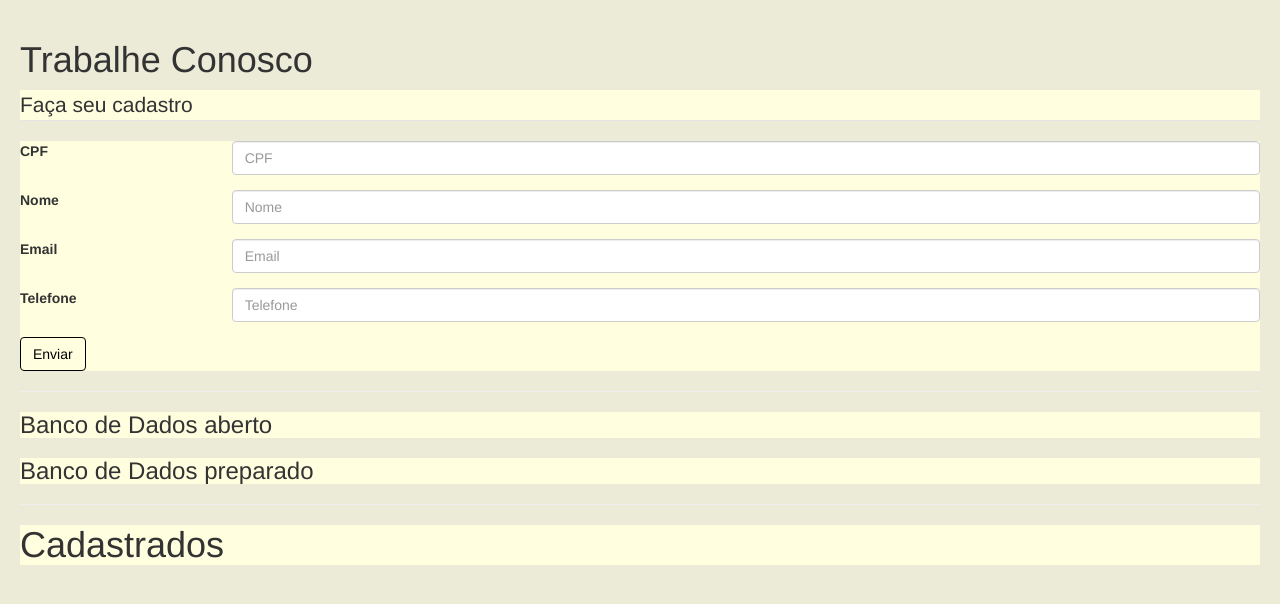
Repository: bitkelvin/Impacta
Page: Modulo6/02_EmpresaRH/WebContent/trabalhe_conosco.html
An editor plug-in stored every save of this project. The page is shown before and after the next save, followed by the edit.
The browser window is 1280 px wide. The pictures show the whole page.
Some web libraries are served in a nearby version.

Above is the page before, as saved 2017-11-10 03:09:32.

### Modulo6/02_EmpresaRH/WebContent/trabalhe_conosco.html
<!DOCTYPE html>
<html>
<head>
<meta charset=UTF-8>
<meta name="viewport" content="width=device-width, initial-scale=1.0">
<title>Trabalhe Conosco</title>
<link rel="stylesheet" href="https://maxcdn.bootstrapcdn.com/bootstrap/3.3.7/css/bootstrap.min.css" >
<link rel="stylesheet" href="css/trabalhe.css">
</head>
<body>


	<h1>Trabalhe Conosco</h1>

	<fieldset>
	<legend class="fundo">Faça seu cadastro</legend>
		<form  class="fundo">

				<div class="form-group row">
					<label for="cpf" class="col-sm-2 col-form-label">CPF</label>
					<div class="col-sm-10">
						<input type="number" class="form-control" id="cpf" placeholder="CPF">
					</div>
				</div>

				<div class="form-group row">
					<label for="nome" class="col-sm-2 col-form-label">Nome</label>
					<div class="col-sm-10">
						<input type="text" class="form-control" id="nome"
							placeholder="Nome">
					</div>
				</div>

				<div class="form-group row">
					<label for="email" class="col-sm-2 col-form-label">Email</label>
					<div class="col-sm-10">
						<input type="email" class="form-control" id="email"
							placeholder="Email">
					</div>
				</div>

				<div class="form-group row">
					<label for="telefone" class="col-sm-2 col-form-label">Telefone</label>
					<div class="col-sm-10">
						<input type="tel" class="form-control" id="telefone" placeholder="Telefone">
					</div>
				</div>

				<div class="">
					<button id="btnEnviar" type="button" class="btn btn-primary"
						style="background-color: lightyellow; color: black; border-color: black;">Enviar</button>
				</div>

			</form>
		</fieldset>

	<hr/>

	<h3 id="mensagemdb" class="fundo"></h3>
	<h3 id="mensagemdb2" class="fundo">test</h3>

	<hr/>

	<h1 class="fundo">Cadastrados</h1><br/>
	<div>
		<ul class="fundo" id="listaCadastro">
		</ul>
	</div>


	<script type="text/javascript"
		src="https://code.jquery.com/jquery-3.2.1.min.js"></script>
	<script
		src="https://maxcdn.bootstrapcdn.com/bootstrap/3.3.7/js/bootstrap.min.js"></script>
	<script src="js/script.js"></script>
</body>
</html>

### Modulo6/02_EmpresaRH/WebContent/css/trabalhe.css
body{
	padding: 20px;
	background-color: rgb(235,235,216);
}

.fundo{
	background-color: lightyellow;
}

### Modulo6/02_EmpresaRH/WebContent/js/script.js
/**
 * Array de Estados
 */
var assuntos = [
	{ "id": 1, "descricao": "Reclamações"},
	{ "id": 2, "descricao": "Pedidos"},
	{ "id": 3, "descricao": "Informações"}
];

$(document).ready(function(){
	//preenche o elemento <select id="estado"> com os estados
	$.each(assuntos, function(i, assunto){
		$("#assunto").append($("<option>", {
			value: assunto.id,
			text: assunto.descricao
		}));
	});

	$("#botao").click(function(){
		var nome = $("#nome").val();
		var email = $("#email").val();
		var assunto = assuntos.filter(val => val.id == $("#assunto").val())[0];
		var comentario = $("#comente").val();

		alert(`nome: ${nome}, email: ${email}, assunto: ${assunto.descricao}, comentario: ${comentario}`);
	});
});

/////////////////////////////////////////////////////////////////////////////////////////////////////////////////////////////

var request, db;

//abrindo(ou criando) o banco de dados
request = window.indexedDB.open("DBCadastros", 1);

//eventos usados ao abrir o banco de dados
request.onerror = function(event){
	$("#mensagemdb").html("Erro ao abrir o banco de dados");
}

request.onsuccess = function(event){
	$("#mensagemdb").html("Banco de Dados aberto");
	db = event.target.result;

	listarBegin();

}

request.onupgradeneeded = function(event){
	$("#mensagemdb2").html("Banco de Dados preparado");
	db = event.target.result;

	var objectStore = db.createObjectStore("cadastros", { keyPath: "cpf"});
}



//evento para incluir um nobvo registro
$("#btnEnviar").click(function(){
	var vcpf = $("#cpf").val();
	var vnome = $("#nome").val();
	var vemail = $("#email").val();
	var vtelefone = $("#telefone").val();

	var transaction = db.transaction(["cadastros"],"readwrite");

	transaction.oncomplete = function(event) {
		$("#mensagemdb").html("Registro incluído :)");
	}
	transaction.onerror = function(event) {
		$("#mensagemdb").html("Ocorreu um erro :(");
	}

	var objectStore = transaction.objectStore("cadastros");

	objectStore.add({
		cpf: vcpf,
		nome: vnome,
		email: vemail,
		telefone: vtelefone
	});

	objectStore.openCursor().onsuccess = function(event) {
		var cursor = event.target.result;

		if(cursor){
			$("#listaCadastro").append("<li>" +
					cursor.value.cpf + " - " + cursor.value.nome + " - " +
					cursor.value.email + " - " + cursor.value.telefone + "</li>");
			cursor.continue();
		}
	}

});

function listarBegin() {

	var transaction = db.transaction(["cadastros"],
	"readonly");

	var objectStore = transaction.objectStore("cadastros");

	objectStore.openCursor().onsuccess = function(event) {
		var cursor = event.target.result;

		if(cursor){
			$("#listaCadastro").append("<li>" +
					cursor.value.cpf + " - " + cursor.value.nome + " - " +
					cursor.value.email + " - " + cursor.value.telefone + "</li>");
			cursor.continue();
		}
	}
}

After the next save:
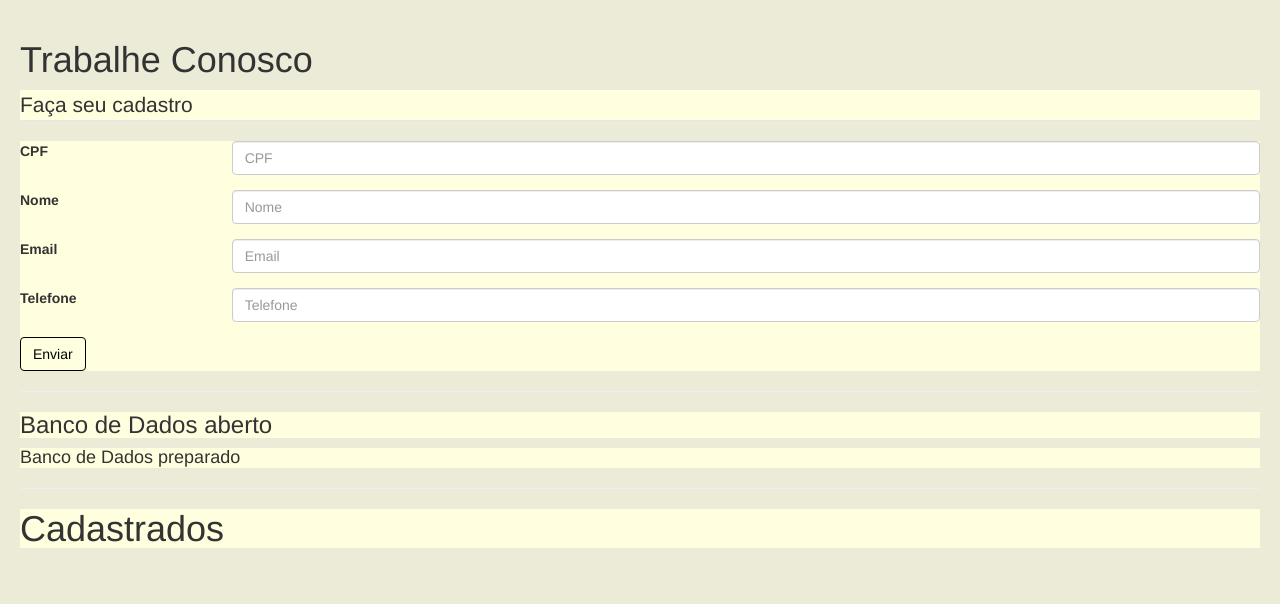
Saved 14 s later.
--- a/Modulo6/02_EmpresaRH/WebContent/trabalhe_conosco.html
+++ b/Modulo6/02_EmpresaRH/WebContent/trabalhe_conosco.html
@@ -57,7 +57,8 @@
 	<hr/>
 
 	<h3 id="mensagemdb" class="fundo"></h3>
-	<h3 id="mensagemdb2" class="fundo">test</h3>
+
+	<h4 id="mensagemdb2" class="fundo">test</h4>
 
 	<hr/>
 
